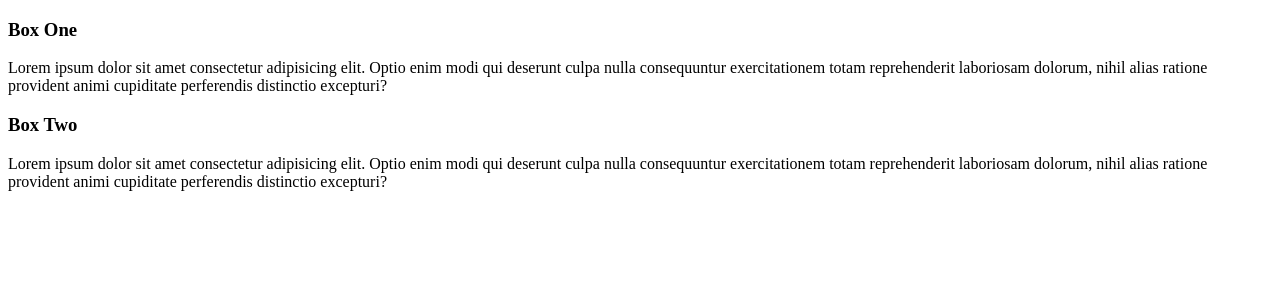
Repository: andiausrust/css-traversy
Page: box_model_margin_padding/index.html
The author's editor kept a copy of each file at every save. The page is drawn from the files as they stood at one save, then again after the next save.
The browser window is 1280 px wide. The pictures show the whole page.

Above is the page before, as saved 2020-08-19 20:46:26.

After the next save:
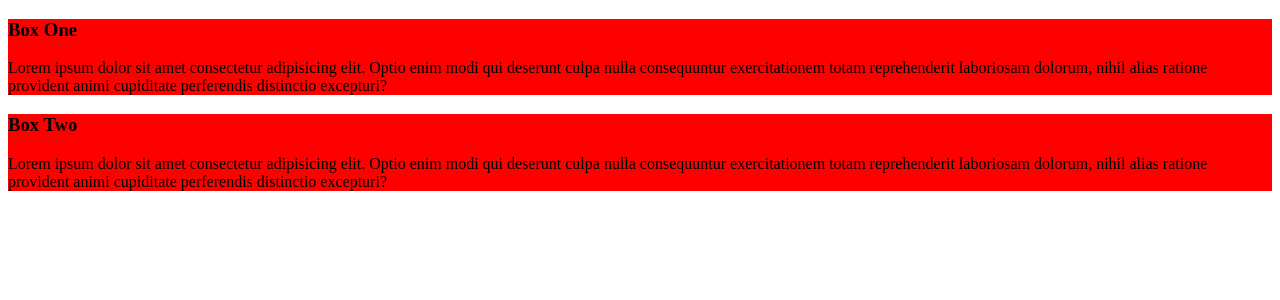
Saved 2 min 6 s later.
--- a/box_model_margin_padding/index.html
+++ b/box_model_margin_padding/index.html
@@ -5,6 +5,11 @@
         <meta name="viewport" content="width=device-width, initial-scale=1.0" />
         <link rel="stylesheet" href="./css/style.css" />
         <title>Box Model | Margin & Padding</title>
+        <style>
+            .box {
+                background: red;
+            }
+        </style>
     </head>
     <body>
         <div class="box">

After the save that followed:
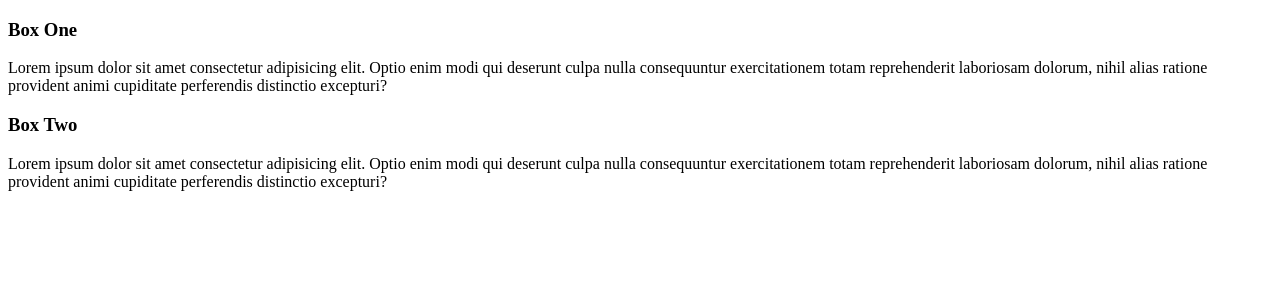
Saved 31 s later.
--- a/box_model_margin_padding/index.html
+++ b/box_model_margin_padding/index.html
@@ -5,11 +5,6 @@
         <meta name="viewport" content="width=device-width, initial-scale=1.0" />
         <link rel="stylesheet" href="./css/style.css" />
         <title>Box Model | Margin & Padding</title>
-        <style>
-            .box {
-                background: red;
-            }
-        </style>
     </head>
     <body>
         <div class="box">
